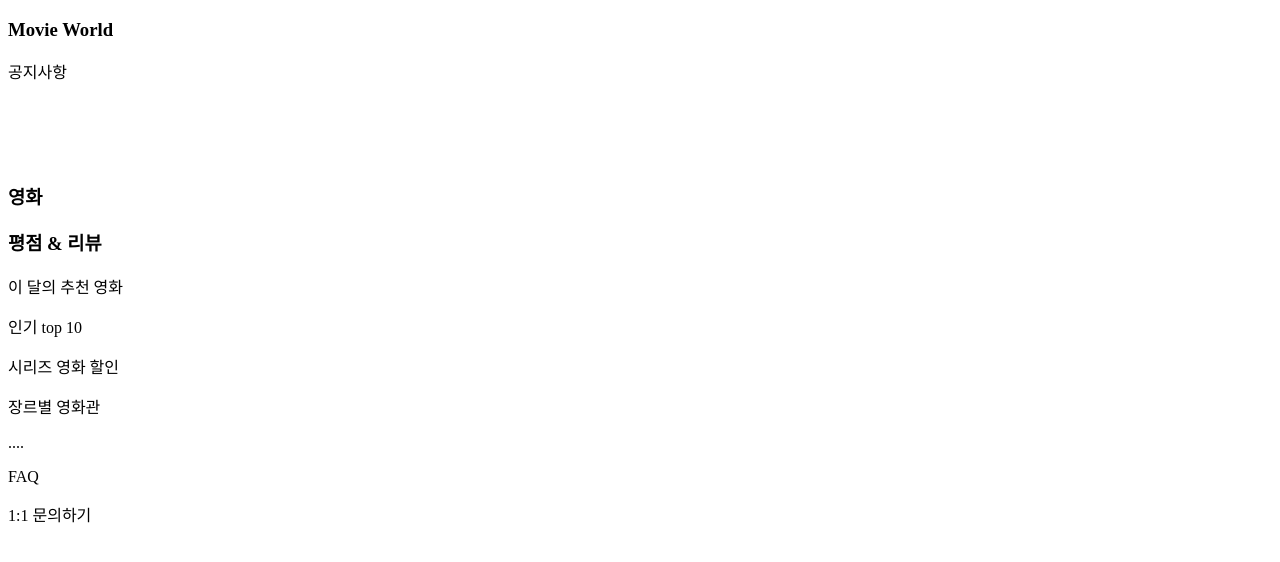
Repository: khpark1211/jsp
Page: http://localhost/TestJsp/
The author's editor kept a copy of each file at every save. The page is drawn from the files as they stood at one save, then again after the next save.
The browser window is 1280 px wide. The pictures show the whole page.
Pictures or frames that could not be fetched are drawn as grey boxes. Some web libraries are served in a nearby version. The page is served by Tomcat 9.

Above is the page before, as saved 2020-04-07 06:16:55.

### TestJsp/WebContent/index.jsp

<%@ page language="java" contentType="text/html; charset=UTF-8"
	pageEncoding="UTF-8"%>
<!DOCTYPE html>
<html>
<head>
<meta charset="UTF-8">
<title>Insert title here</title>
<style type="text/css">
#mb-sidebar {
	width: 200px;
	padding-left: 10px;
	height: 1000px;
	float: left;
	border: 1px solid none;
	background-color: tomato;
}

#mb-content {
	width: 800px;
	min-height: 1000px;
	float: left;
	margin-left: 90px;
}

#mb-sidebar {
	list-style-type: none;
}


</style>

<script src="https://code.jquery.com/jquery-1.12.4.js"></script>
<script src="https://code.jquery.com/ui/1.12.1/jquery-ui.js"></script>
<script type="text/javascript">
$( function() {
    $( "#accordion" ).accordion();
  } );
</script>
</head>
<body>
	<div id="mb-container">

			<!-- 메뉴 -->
			<div id="accordion">
					<h3>Movie World</h3>
						<div>
							<p>공지사항</p>
							<p></p>
						</div>
					<h3 class="topMenuLi">영화</h3>
						<div>
							<p>현재 상영작</p>
							<p>상영 예정작</p>
							<p>영화 예매</p>
						</div>
					<h3 class="topMenuLi">평점 & 리뷰</h3>

					<h3 class="topMenu">다운로드</h3>
						<div>
							<p>이 달의 추천 영화</p>
							<p>인기 top 10</p>
							<p>시리즈 영화 할인</p>
							<p>장르별 영화관</p>
						</div>
					<h3 class="topMenuLi">이벤트</h3>
						<div>
							<p>....</p>
						</div>
					<h3 class="topMenuLi">온라인 고객센터</h3>
						<div>
							<p>FAQ</p>
							<p>1:1 문의하기</p>
						<div>
			</div>

	</div>
</body>
</html>

After the next save:
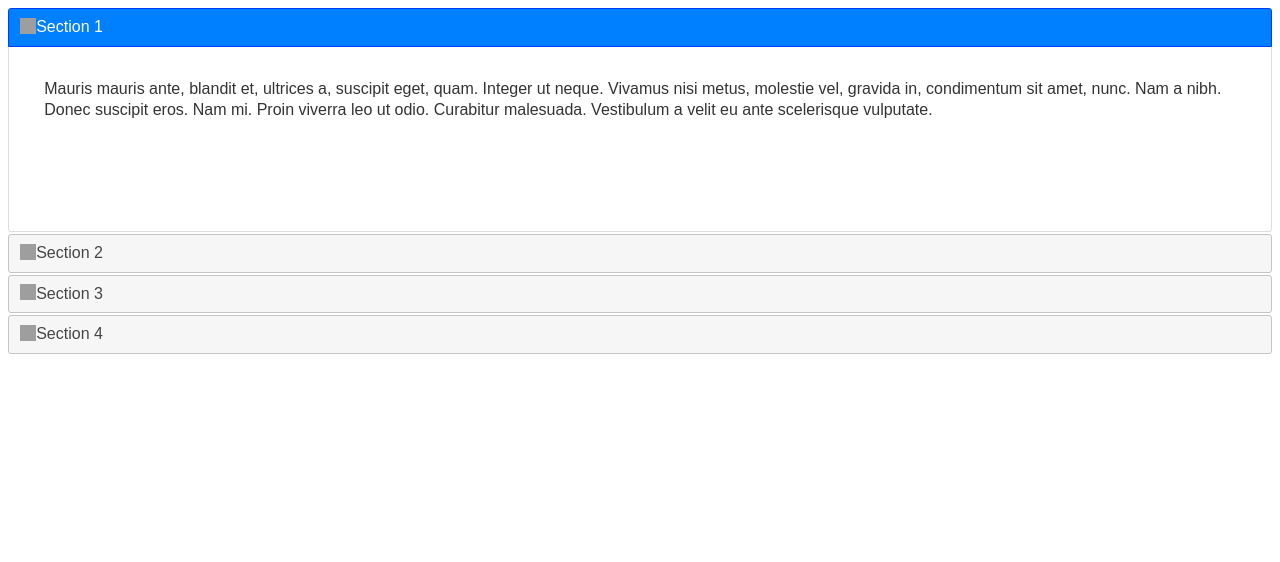
Not found: TestJsp/resources/demos/style.css
Saved 38 s later.
--- a/TestJsp/WebContent/index.jsp
+++ b/TestJsp/WebContent/index.jsp
@@ -1,79 +1,72 @@
-
 <%@ page language="java" contentType="text/html; charset=UTF-8"
 	pageEncoding="UTF-8"%>
 <!DOCTYPE html>
 <html>
 <head>
-<meta charset="UTF-8">
-<title>Insert title here</title>
-<style type="text/css">
-#mb-sidebar {
-	width: 200px;
-	padding-left: 10px;
-	height: 1000px;
-	float: left;
-	border: 1px solid none;
-	background-color: tomato;
-}
+  <meta charset="utf-8">
+  <meta name="viewport" content="width=device-width, initial-scale=1">
+  <title>jQuery UI Accordion - Default functionality</title>
+  <link rel="stylesheet" href="//code.jquery.com/ui/1.12.1/themes/base/jquery-ui.css">
+  <link rel="stylesheet" href="/resources/demos/style.css">
+  <script src="https://code.jquery.com/jquery-1.12.4.js"></script>
+  <script src="https://code.jquery.com/ui/1.12.1/jquery-ui.js"></script>
+  <script>
+  $( function() {
+    $( "#accordion" ).accordion();
+  } );
+  </script>
+</head>
+<body>
 
-#mb-content {
-	width: 800px;
-	min-height: 1000px;
-	float: left;
-	margin-left: 90px;
-}
-
-#mb-sidebar {
-	list-style-type: none;
-}
+<div id="accordion">
+  <h3>Section 1</h3>
+  <div>
+    <p>
+    Mauris mauris ante, blandit et, ultrices a, suscipit eget, quam. Integer
+    ut neque. Vivamus nisi metus, molestie vel, gravida in, condimentum sit
+    amet, nunc. Nam a nibh. Donec suscipit eros. Nam mi. Proin viverra leo ut
+    odio. Curabitur malesuada. Vestibulum a velit eu ante scelerisque vulputate.
+    </p>
+  </div>
+  <h3>Section 2</h3>
+  <div>
+    <p>
+    Sed non urna. Donec et ante. Phasellus eu ligula. Vestibulum sit amet
+    purus. Vivamus hendrerit, dolor at aliquet laoreet, mauris turpis porttitor
+    velit, faucibus interdum tellus libero ac justo. Vivamus non quam. In
+    suscipit faucibus urna.
+    </p>
+  </div>
+  <h3>Section 3</h3>
+  <div>
+    <p>
+    Nam enim risus, molestie et, porta ac, aliquam ac, risus. Quisque lobortis.
+    Phasellus pellentesque purus in massa. Aenean in pede. Phasellus ac libero
+    ac tellus pellentesque semper. Sed ac felis. Sed commodo, magna quis
+    lacinia ornare, quam ante aliquam nisi, eu iaculis leo purus venenatis dui.
+    </p>
+    <ul>
+      <li>List item one</li>
+      <li>List item two</li>
+      <li>List item three</li>
+    </ul>
+  </div>
+  <h3>Section 4</h3>
+  <div>
+    <p>
+    Cras dictum. Pellentesque habitant morbi tristique senectus et netus
+    et malesuada fames ac turpis egestas. Vestibulum ante ipsum primis in
+    faucibus orci luctus et ultrices posuere cubilia Curae; Aenean lacinia
+    mauris vel est.
+    </p>
+    <p>
+    Suspendisse eu nisl. Nullam ut libero. Integer dignissim consequat lectus.
+    Class aptent taciti sociosqu ad litora torquent per conubia nostra, per
+    inceptos himenaeos.
+    </p>
+  </div>
+</div>
 
 
-</style>
-
-<script src="https://code.jquery.com/jquery-1.12.4.js"></script>
-<script src="https://code.jquery.com/ui/1.12.1/jquery-ui.js"></script>
-<script type="text/javascript">
-$( function() {
-    $( "#accordion" ).accordion();
-  } );
-</script>
-</head>
-<body>
-	<div id="mb-container">
-
-			<!-- 메뉴 -->
-			<div id="accordion">
-					<h3>Movie World</h3>
-						<div>
-							<p>공지사항</p>
-							<p></p>
-						</div>
-					<h3 class="topMenuLi">영화</h3>
-						<div>
-							<p>현재 상영작</p>
-							<p>상영 예정작</p>
-							<p>영화 예매</p>
-						</div>
-					<h3 class="topMenuLi">평점 & 리뷰</h3>
-
-					<h3 class="topMenu">다운로드</h3>
-						<div>
-							<p>이 달의 추천 영화</p>
-							<p>인기 top 10</p>
-							<p>시리즈 영화 할인</p>
-							<p>장르별 영화관</p>
-						</div>
-					<h3 class="topMenuLi">이벤트</h3>
-						<div>
-							<p>....</p>
-						</div>
-					<h3 class="topMenuLi">온라인 고객센터</h3>
-						<div>
-							<p>FAQ</p>
-							<p>1:1 문의하기</p>
-						<div>
-			</div>
-
-	</div>
 </body>
 </html>
